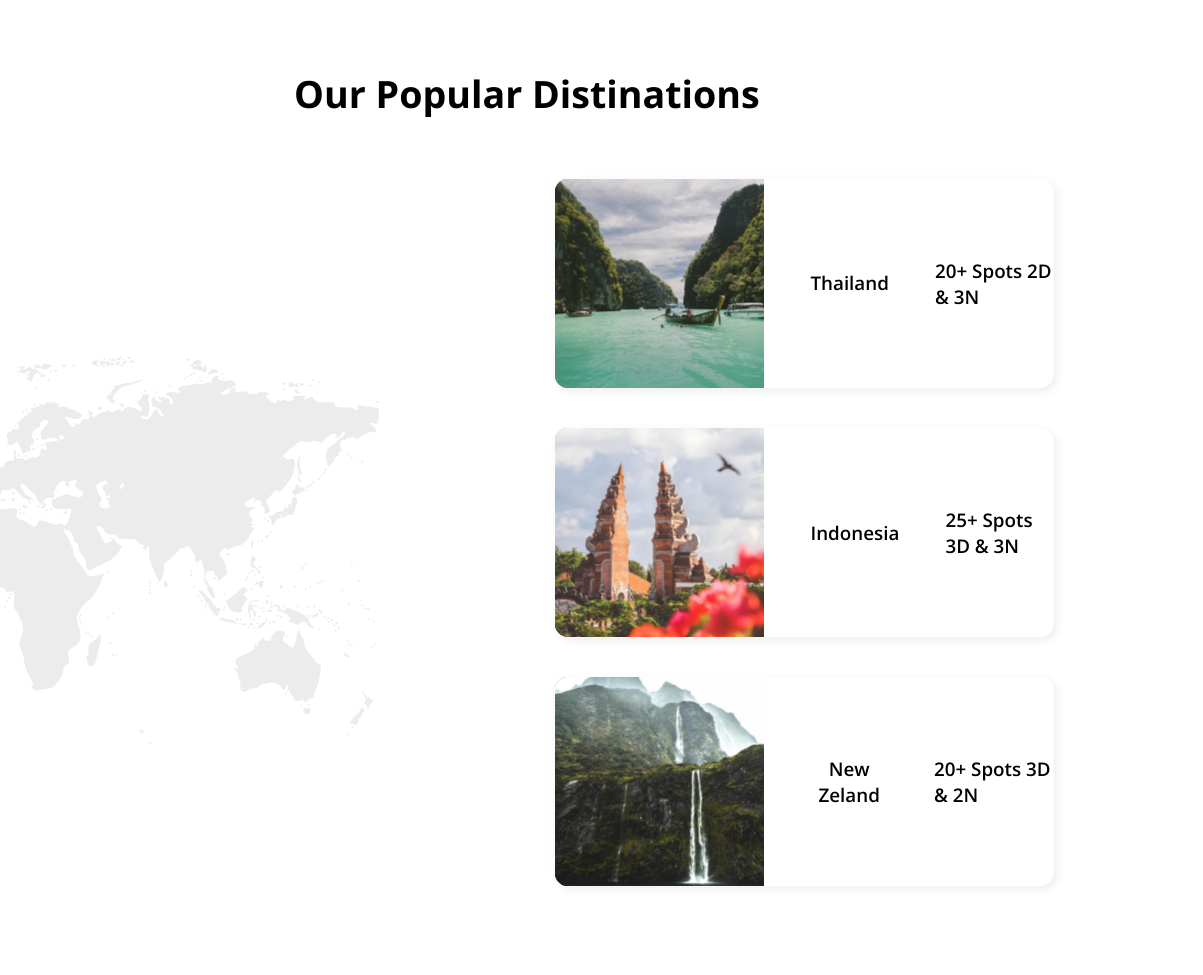
Repository: MehdiKerimov/Figma-Task-16
Page: index.html
An editor plug-in stored every save of this project. The page is shown before and after the next save, followed by the edit.
The browser window is 1280 px wide. The pictures show the whole page, at 94% of full size.

Above is the page before, as saved 2023-10-10 11:08:52.

After the next save:
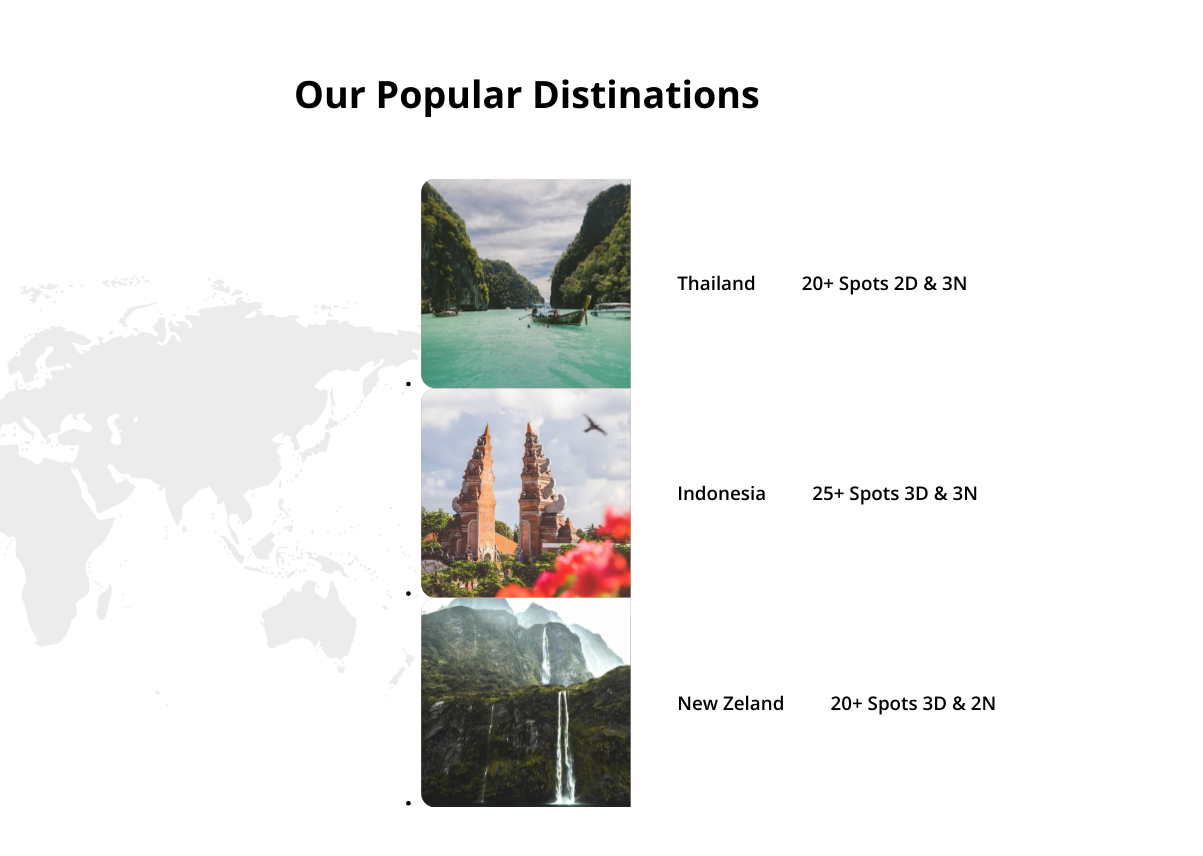
Saved 23 s later.
--- a/index.css
+++ b/index.css
@@ -29,6 +29,7 @@
 .container .box .img-box img{
 width: 100%;
 }
+ul
 .container .box ul li {
   margin-bottom: 42px;
   margin-left: 187px;
